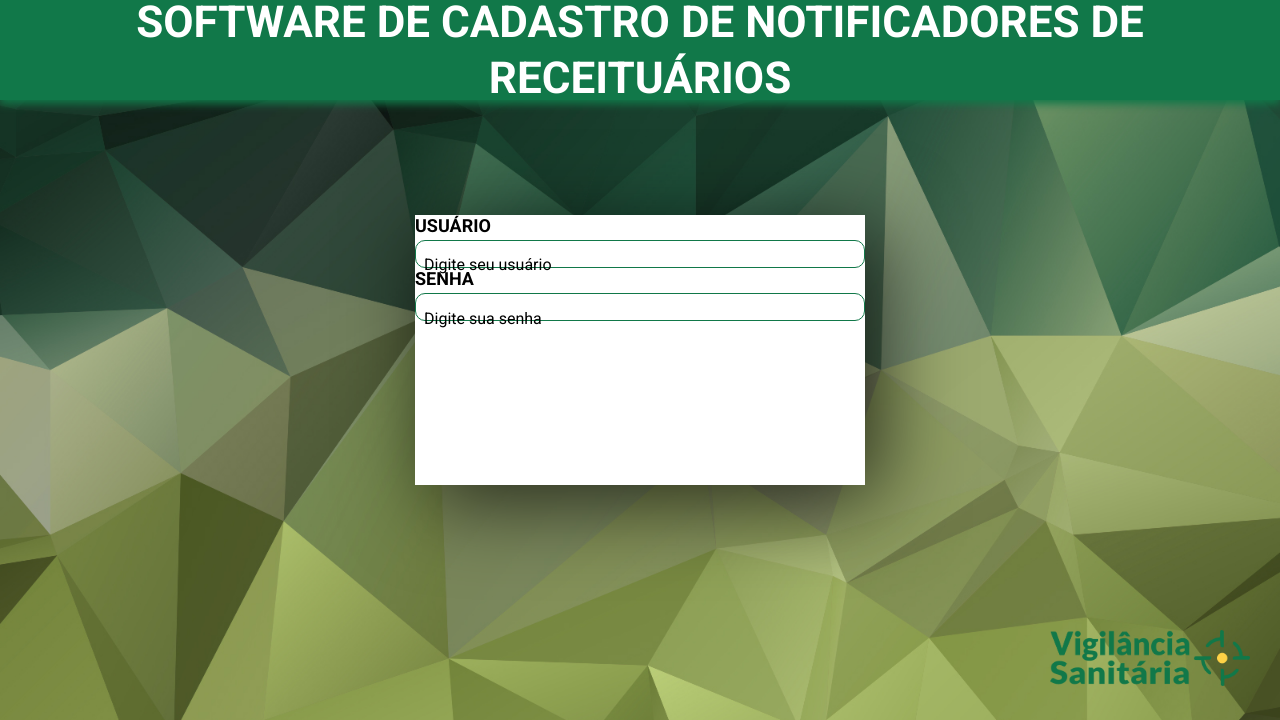
Repository: milena-rosa/web-prescription-notifier
Page: /
The author's editor kept a copy of each file at every save. The page is drawn from the files as they stood at one save, then again after the next save.
The browser window is 1280 px wide. The pictures show the whole page.
The project was rebuilt for these pictures with package versions that can differ from the ones it lists, and the page was loaded fresh each time. Also part of the build but not shown: src/pages/Home/styles.ts, src/pages/Home/index.tsx.

Above is the page before, as saved 2021-11-07 13:19:08.

After the next save:
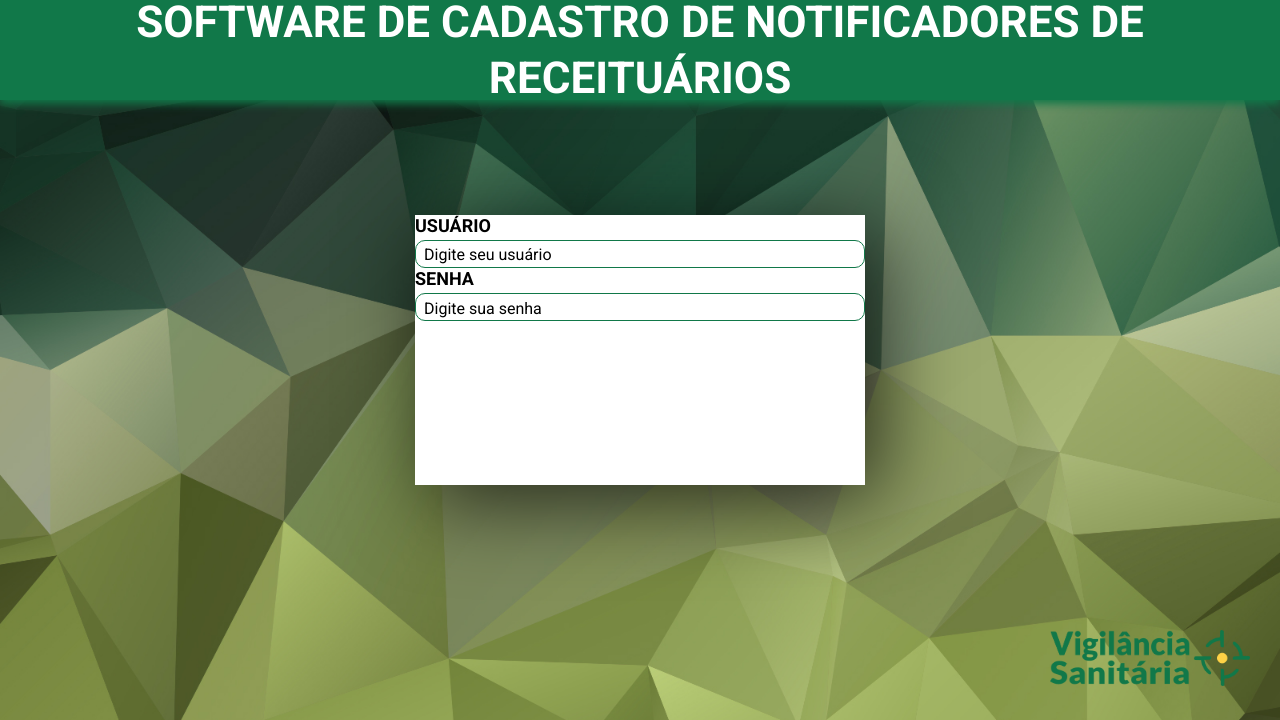
Saved 11 s later.
--- a/src/components/Input/styles.ts
+++ b/src/components/Input/styles.ts
@@ -37,7 +37,7 @@
     font-size: 1rem;
     line-height: 1.25rem;
     height: 100%;
-    min-height: 3rem;
+    min-height: 1.76rem;
     outline: 0;
     padding: 0 2.75rem 0 0.5rem;
     width: 100%;
